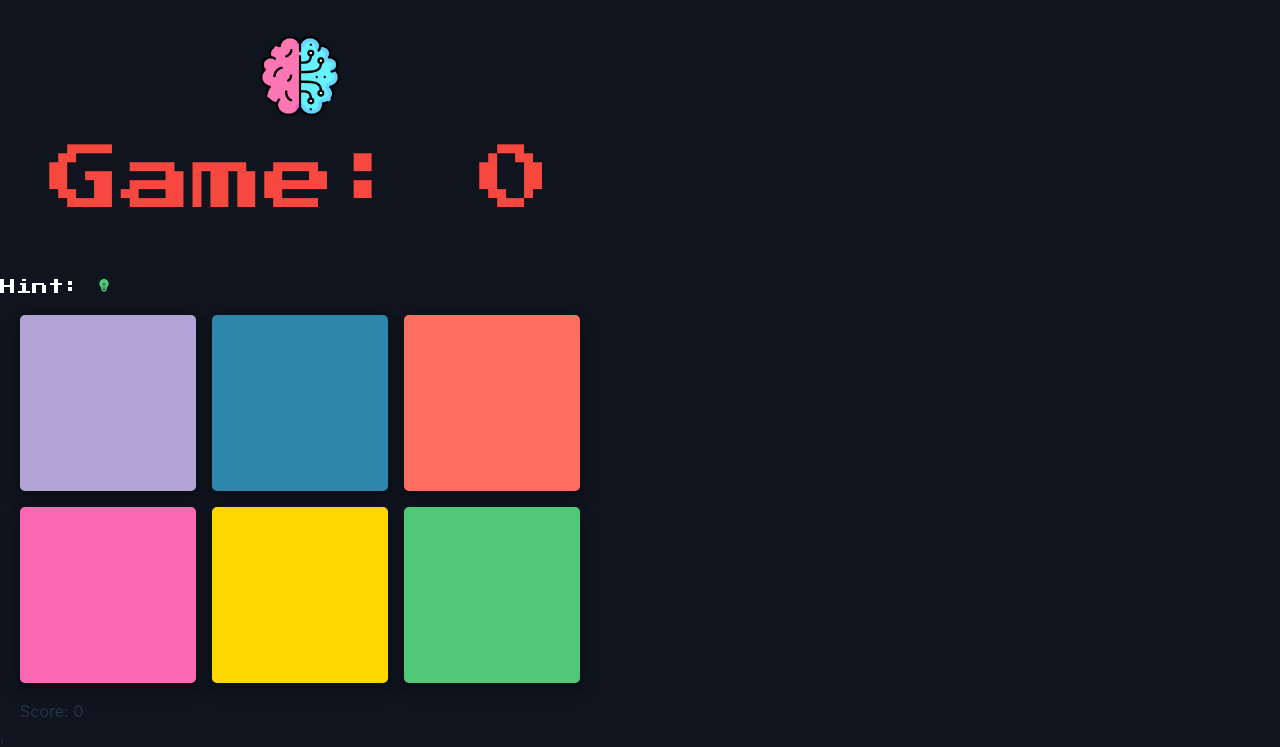
Repository: Shenixo/Color_match_game
Page: /game_play
The author's editor kept a copy of each file at every save. The page is drawn from the files as they stood at one save, then again after a run of saves.
The browser window is 1280 px wide. The pictures show the whole page.
The project was rebuilt for these pictures with package versions that can differ from the ones it lists, and the page was loaded fresh each time. Also part of the build but not shown: vite.config.js, src/Components/Tab/Tab.css, src/Components/Tab/Tab.jsx, src/Pages/Home/Home.jsx, src/Pages/Rules/Rules.css, src/Pages/Rules/Rules.jsx, src/Pages/Sound/Sound.jsx. Imported but missing from the stored project, and not drawn on this page: src/assets/button_clicks.wav, src/assets/game_theme_sound.mp4.

Above is the page before, as saved 2025-02-04 01:51:15.

### index.html
<!DOCTYPE html>
<html lang="en">
  <head>
    <meta charset="UTF-8" />
    <link rel="icon" type="image/svg+xml" href="/vite.svg" />
    <meta name="viewport" content="width=device-width, initial-scale=1.0" />
    <link rel="preconnect" href="https://fonts.googleapis.com" />
    <link rel="preconnect" href="https://fonts.gstatic.com" crossorigin />
    <link rel="preconnect" href="https://fonts.googleapis.com">
<link rel="preconnect" href="https://fonts.gstatic.com" crossorigin>
<link href="https://fonts.googleapis.com/css2?family=Inter:ital,opsz,wght@0,14..32,100..900;1,14..32,100..900&family=Poppins:ital,wght@0,100;0,200;0,300;0,400;0,500;0,600;0,700;0,800;0,900;1,100;1,200;1,300;1,400;1,500;1,600;1,700;1,800;1,900&family=Press+Start+2P&display=swap" rel="stylesheet">
    <title>Color Match</title>
  </head>
  <body>
    <div id="root"></div>
    <script type="module" src="/src/main.jsx"></script>
  </body>
</html>

### src/App.jsx
import { Route, Routes } from "react-router-dom";
import "./App.css";
import Home from "./Pages/Home/Home";
import Rules from "./Pages/Rules/Rules";
import Sound from "./Pages/Sound/Sound";
import GamePlay from "./Pages/GamePlay/GamePlay";

function App() {
  return (
    <div>
      <Routes>
        <Route path="/" element={<Home />} />
        <Route path="/game_play" element={<GamePlay/>}/>
        <Route path="/rules" element={<Rules />} />
        <Route path="/sound" element={<Sound />} />
      </Routes>
    </div>
  );
}

export default App;

### src/App.css
*{
  padding: 0;
  margin: 0;
  box-sizing: border-box;
  font-family: "Inter", serif;
}
body{
  background: #0f141e;
}

### src/Pages/GamePlay/GamePlay.jsx
import {Card, listenForScoreUpdates } from "../../Components/Card/Card"
import Title from "../../Components/Title/Title"
import "./GamePlay.css"
import ScoreNdColorBox from "../../Components/ScoreNdColorBox/ScoreNdColorBox"
import { useEffect, useState } from "react"

const GamePlay = () => {
  const [score, setScore] = useState(0);
  useEffect(() => {
    listenForScoreUpdates(setScore);
  }, []);
  return (
    <div>
      <div className="container">
        <Title content={`Game: ${score}`} />
        <div className="game-tab">
        <ScoreNdColorBox/>
        </div>
        <Card/>
      </div>
    </div>
  )
}

export default GamePlay

### src/Components/Title/Title.jsx
/* eslint-disable react/prop-types */
import "./Title.css"
import brain from "../../assets/brain.png"
import { Link } from "react-router-dom"
import { TabClick } from "../../Components/Sound/Sound";
const Title = ({content}) => {
  return (
    <div className="title">
          <h1>{content}</h1>
          <Link to="/">
          <img src={brain} onClick={TabClick} alt="Brain image" width={80} />
          </Link>
    </div>
  )
}

export default Title

### src/Pages/Home/Home.css
.home{
    width: 100%;
    max-height: 100svh;
}
.container{
    display: flex;
    align-items: center;
    justify-content: center;
    margin-top: 6%;
    flex-direction: column;
    gap: 1rem;
}

### src/Components/Sound/Sound.jsx
import Game_sound from "../../assets/game_theme_sound.mp4";
import Tab_sound from "../../assets/button_clicks.wav";

let game_theme = new Audio(Game_sound);
game_theme.loop = true;
const GameTheme = () => {
  if (game_theme.paused) {
    game_theme.play();
  } else {
    game_theme.pause();
    game_theme.currentTime = 0;
  }
};


const TabClick = () => {
  const tab_clicks = new Audio(Tab_sound)
  tab_clicks.play()
}
export { GameTheme, TabClick };

### src/Components/Card/Card.jsx
import { useState, useEffect } from "react";
import "./Card.css";
import { TabClick } from "../../Components/Sound/Sound";

const fineColors = [
  "#2E86AB",
  "#FF6F61",
  "#50C878",
  "#B2A4D4",
  "#FFD700",
  "#FF69B4",
];

let score = 0;
const setGlobalScore = (newScore) => {
  score = newScore;
  document.dispatchEvent(new CustomEvent("scoreUpdated", { detail: score }));
};

const Card = () => {
  const cardArr = Array.from({ length: 6 });
  const [shuffledColors, setShuffledColors] = useState([...fineColors]);
  const [localScore, setLocalScore] = useState(score);
  const [chosenColor, setChosenColor] = useState(null);
  const [clickEnabled, setClickEnabled] = useState(false);
  const [showHint, setShowHint] = useState(true);

  useEffect(() => {
    startNewRound();
  }, []);

  const startNewRound = () => {
    setClickEnabled(false);
    setShowHint(true);

    const randomColor = fineColors[Math.floor(Math.random() * fineColors.length)];
    setChosenColor(randomColor);

    // Dispatch the chosen color event
    document.dispatchEvent(new CustomEvent("colorChosen", { detail: randomColor }));

    setTimeout(() => {
      const shuffled = [...fineColors].sort(() => Math.random() - 0.5);
      setShuffledColors(shuffled);
      setClickEnabled(true);
      setShowHint(false);
    }, 4000);
  };

  const handleWinState = () => {
    setLocalScore((prev) => {
      const newScore = prev + 1;
      setGlobalScore(newScore);
      return newScore;
    });
  };

  const handleLoseState = () => {
    setLocalScore((prev) => {
      const newScore = prev - 1;
      setGlobalScore(newScore);
      return newScore;
    });
  };

  const handleCheckPlayerClick = (clickedIndex) => {
    if (!clickEnabled) return;

    const clickedColor = shuffledColors[clickedIndex];

    if (clickedColor === chosenColor) {
      handleWinState();
    } else {
      handleLoseState();
    }

    TabClick();
    setClickEnabled(false);

    setTimeout(() => {
      startNewRound();
    }, 1000);
  };

  return (
    <div className="card">
      {cardArr.map((_, idx) => (
        <button
          onClick={() => handleCheckPlayerClick(idx)}
          className={showHint && shuffledColors[idx] === chosenColor ? "chosen_card" : ""}
          style={{ background: shuffledColors[idx] }}
          key={idx}
          disabled={!clickEnabled}
        />
      ))}
      <p>Score: {localScore}</p>
    </div>
  );
};

export { Card, setGlobalScore };

export const listenForScoreUpdates = (callback) => {
  document.addEventListener("scoreUpdated", (event) => {
    callback(event.detail);
  });
};

### src/Pages/GamePlay/GamePlay.css
.game-tab{
    display: flex;
    align-items: center;
    justify-content: space-between;
    width: 600px;
}

### src/Components/ScoreNdColorBox/ScoreNdColorBox.jsx
import ChosenColor from "../ChosenColorDisplay/ChosenColorDisplay"

import "./ScoreNdColorBox.css";
const ScoreNdColorBox = () => {

  return (
    <div className="score_nd_color_box">
      <div className="target_card">
        <p>Hint:</p>
        <ChosenColor/>
      </div>
    </div>
  );
};

export default ScoreNdColorBox;

### src/Components/Title/Title.css
.title {
  display: flex;
  align-items: center;
  gap: 1rem;
  color: #f6483e;
  font-size: 1.4rem;
  margin-bottom: 2.5rem;
  flex-direction: column-reverse;
}
.title h1 {
  font-family: "Press Start 2P", serif;
}

### src/Components/Card/Card.css
.card {
  display: grid;
  grid-template-columns: 1fr 1fr 1fr;
  gap: 1rem;
  transition: all 0.5s ease-in-out;
  justify-content: center;
  align-items: center;
  position: relative;
}
.card button {
  width: 11rem;
  cursor: pointer;
  height: 11rem;
  border-radius: 5px;
  transition: transform 0.5s ease-in-out, opacity 0.5s ease-in-out;
  box-shadow: 0px 8px 16px rgba(0, 0, 0, 0.2), 0px 4px 8px rgba(0, 0, 0, 0.1);
  transition: .5s;
  border: none;
}
.card div:active{
  scale: .85;
}

.chosen_card {
  animation: pulse 1.2s 3 ease-in-out;
}

@keyframes pulse {
  0% {
    transform: scale(1);
  }
  50% {
    transform: scale(1.1);
  }
  100% {
    transform: scale(1);
  }
}

.card.collapse div {
  transform: scale(0.1) translate(-50%, -50%);
  opacity: 0;
}

.card.spread div {
  transform: scale(1) translate(0, 0);
  opacity: 1;
}

@media only screen and (max-width: 880px) {
  .card {
    grid-template-columns: 1fr 1fr;
  }
}

### src/Components/ChosenColorDisplay/ChosenColorDisplay.jsx
import { useState, useEffect } from "react";
import EmojiObjectsIcon from '@mui/icons-material/EmojiObjects';
const ChosenColorDisplay = () => {
  const [chosenColor, setChosenColor] = useState(null);

  useEffect(() => {
    const handleColorChosen = (event) => {
      setChosenColor(event.detail);
    };
    document.addEventListener("colorChosen", handleColorChosen);

    return () => {
      document.removeEventListener("colorChosen", handleColorChosen);
    };
  }, []);
console.log("chosenColor", chosenColor)
  return (
    <span><EmojiObjectsIcon fontSize="60" style={{color: chosenColor }}/></span>
  );
};

export default ChosenColorDisplay;

### src/Components/ScoreNdColorBox/ScoreNdColorBox.css

.random_card{
    border-radius: 5px;
    height: 2.4rem;
    width: 2.4rem;
}
.target_card{
    display: flex;
    align-items: center;
    gap: 1rem;
    font-size: 1rem;
    color: white;
}
.target_card p{
    font-family: "Press Start 2P", serif;

}

Loaded but not shown: src/main.jsx (common file); src/index.css (common file)

After the next 3 saves:
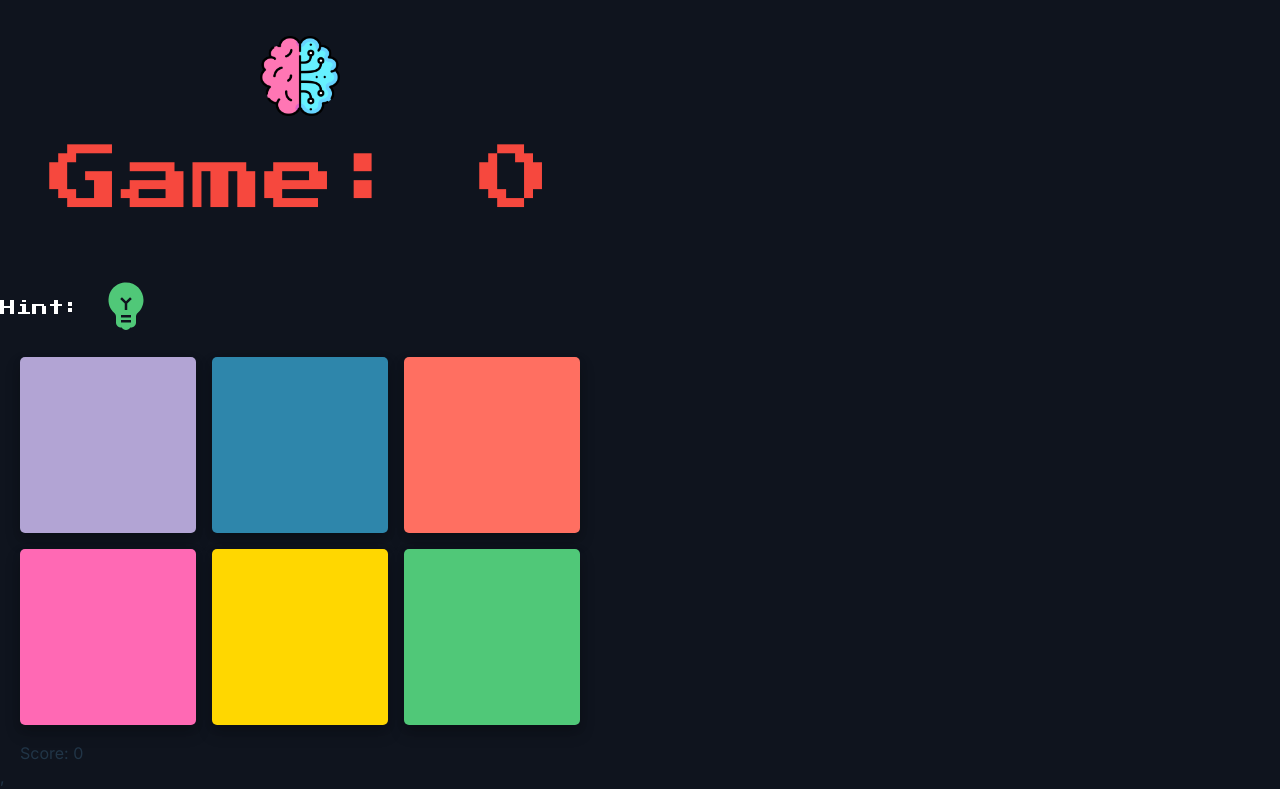
The 3 saves are shown as one change because 1 did not build or start and some came seconds apart.
The last was saved 14 s later.
--- a/src/Components/ChosenColorDisplay/ChosenColorDisplay.jsx
+++ b/src/Components/ChosenColorDisplay/ChosenColorDisplay.jsx
@@ -15,7 +15,7 @@ const ChosenColorDisplay = () => {
   }, []);
 console.log("chosenColor", chosenColor)
   return (
-    <span><EmojiObjectsIcon fontSize="60" style={{color: chosenColor }}/></span>
+    <span><EmojiObjectsIcon  style={{color: chosenColor, fontSize:"60" }}/></span>
   );
 };
 
